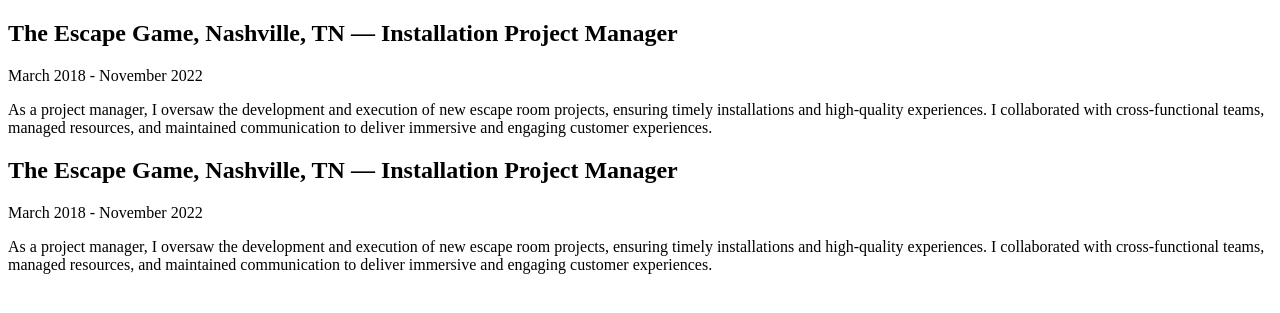
Repository: jgramirez0210/LAB-HTML-Resume
Page: index.html
The author's editor kept a copy of each file at every save. The page is drawn from the files as they stood at one save, then again after the next save.
The browser window is 1280 px wide. The pictures show the whole page.

Above is the page before, as saved 2023-10-09 21:23:15.

After the next save:
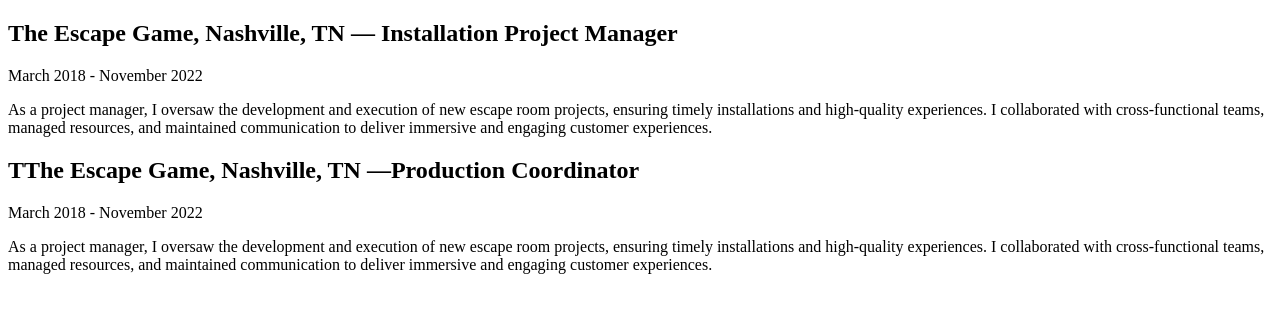
Saved 13 s later.
--- a/index.html
+++ b/index.html
@@ -12,7 +12,7 @@
     <p>As a project manager, I oversaw the development and execution of new escape room projects, ensuring timely installations and high-quality experiences. I collaborated with cross-functional teams, managed resources, and maintained communication to deliver immersive and engaging customer experiences.</p>
   </article>
   <article>
-    <h2>The Escape Game, Nashville, TN — Installation Project Manager </h2>
+    <h2>TThe Escape Game, Nashville, TN —Production Coordinator</h2>
     <time datetime="2018-03" >March 2018</time> - <time datetime="2022-10" >November 2022</time></time>
     <p>As a project manager, I oversaw the development and execution of new escape room projects, ensuring timely installations and high-quality experiences. I collaborated with cross-functional teams, managed resources, and maintained communication to deliver immersive and engaging customer experiences.</p>
   </article>
